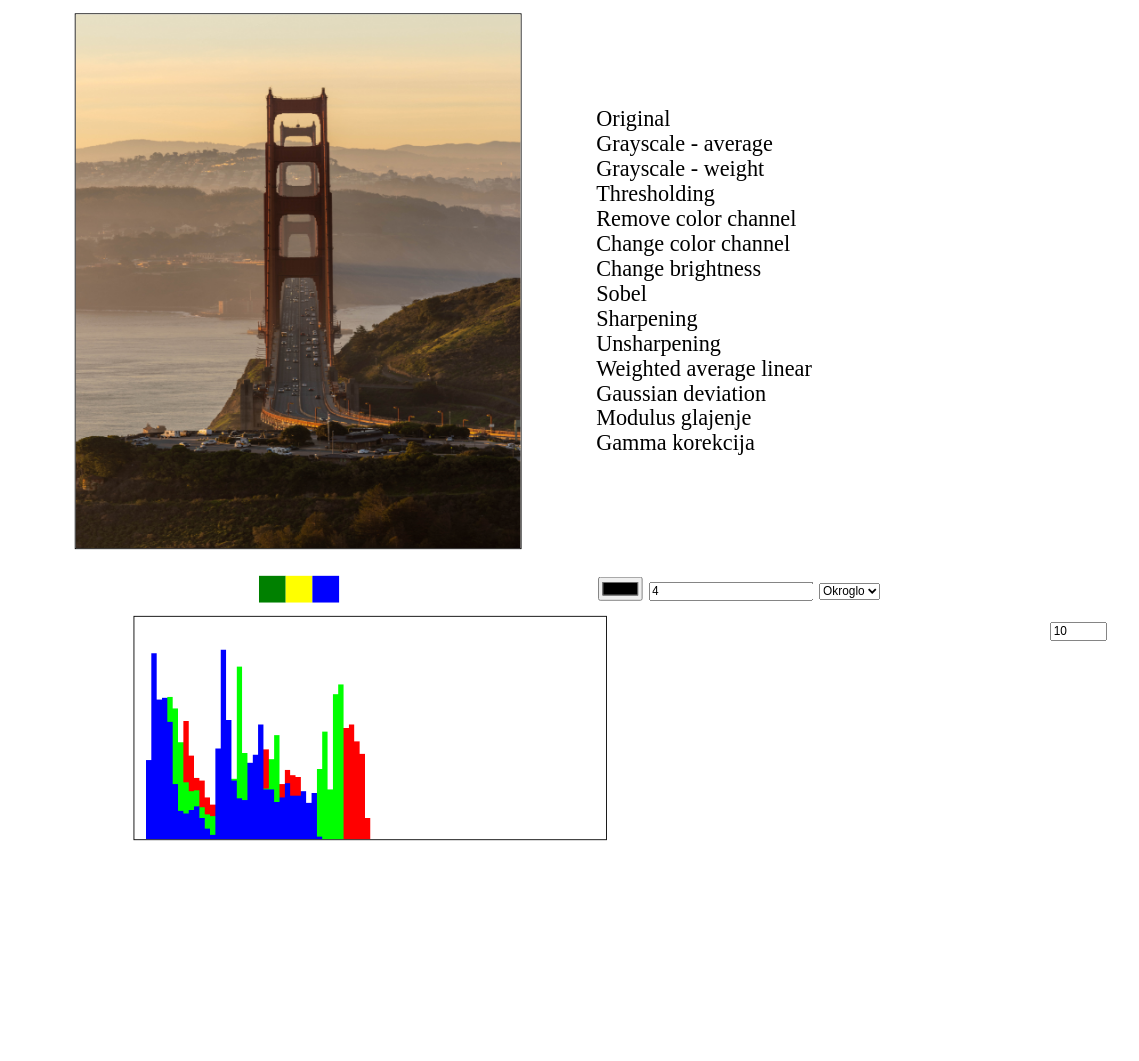
Repository: fussionko/web_photoshop
Page: index.html
An editor plug-in stored every save of this project. The page is shown before and after the next save, followed by the edit.
The browser window is 1280 px wide. The pictures show the whole page, at 89% of full size.

Above is the page before, as saved 2022-04-28 13:16:28.

After the next save:
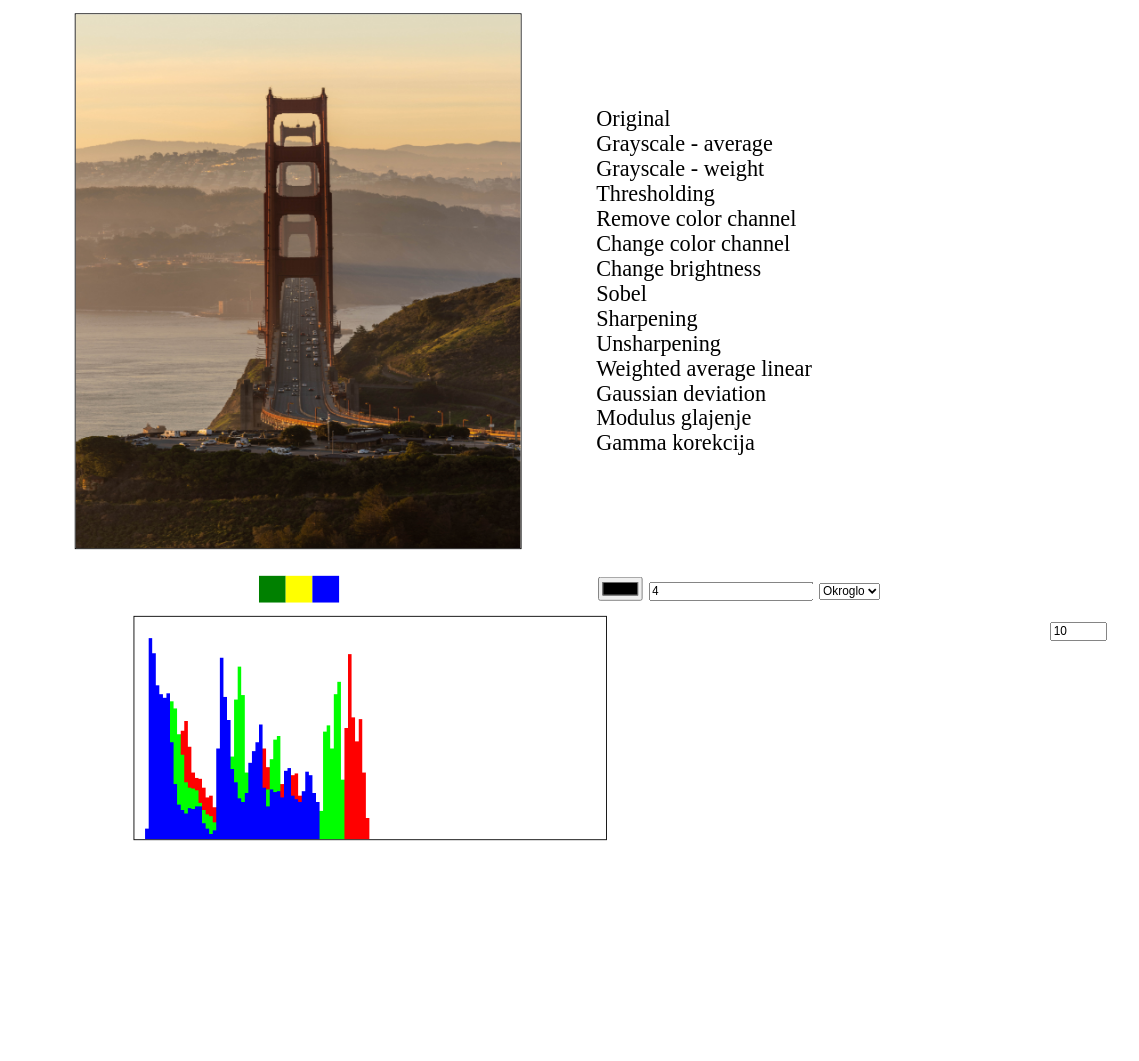
Saved 11 s later.
--- a/graph.js
+++ b/graph.js
@@ -101,10 +101,10 @@ function normalizeGraph()
 
 function draw_graph()
 {
-    graph_ctx.lineWidth = 6;
+    graph_ctx.lineWidth = 4;
     for(let range in graph["r"])
     {
-        range = parseInt(range)*6;
+        range = parseInt(range)*4;
         console.log(range+graph_offset);
         graph_ctx.beginPath();
         graph_ctx.moveTo(graph_offset+range, graph_height);
